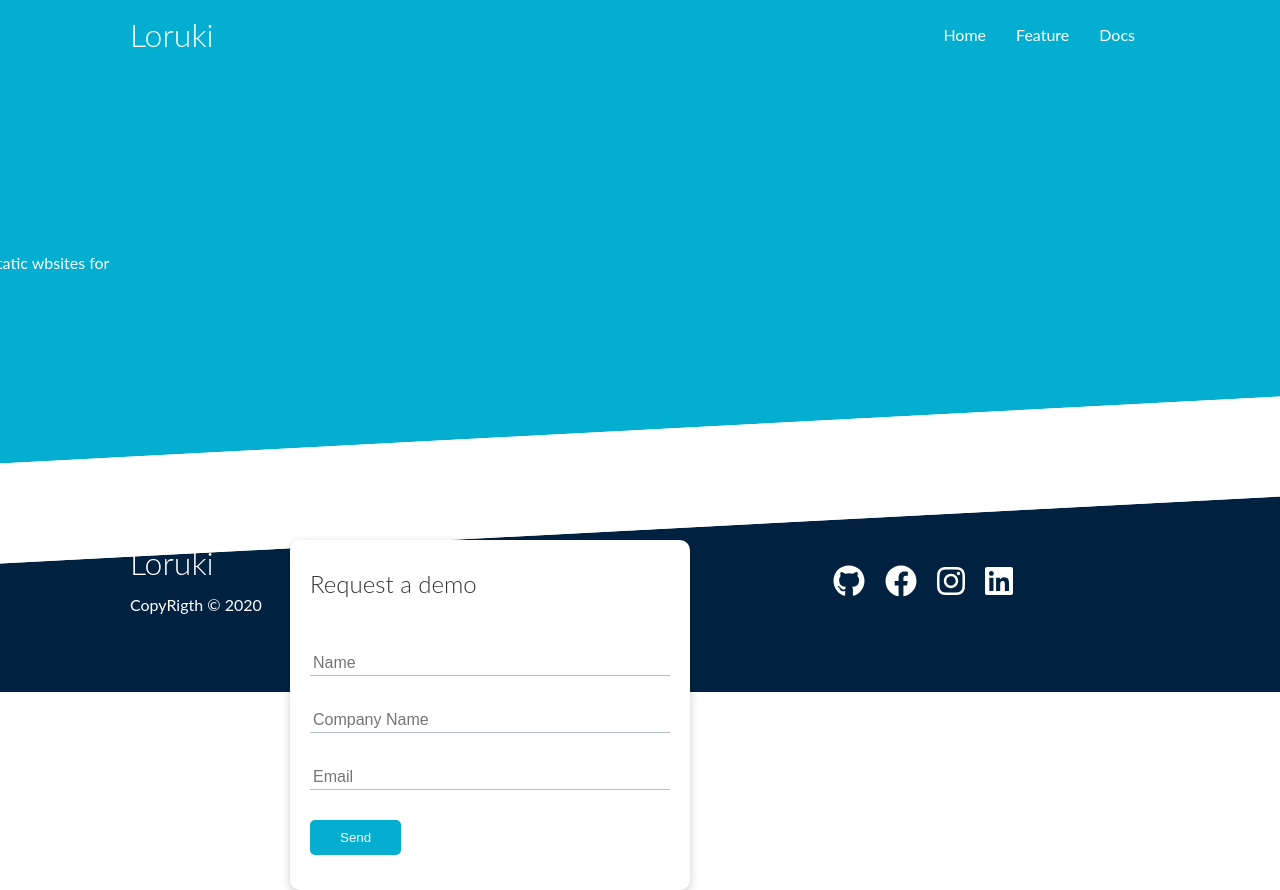
Repository: MosiurRrahman/loruki-app-reactjs
Page: /
These files come from the project's save history. The page is drawn as it stood at one moment and after the next save; the edit follows.
The browser window is 1280 px wide. The pictures show the whole page.
The project was rebuilt for these pictures with package versions that can differ from the ones it lists, and the page was loaded fresh each time. Also part of the build but not shown: src/components/app.jsx.

Above is the page before, as saved 2021-10-05 16:03:37.

### src/index.js
import React from 'react';
import ReactDOM from 'react-dom';
import { BrowserRouter, Route, Switch } from 'react-router-dom';
import Layout from './components/app';
import defaultLayout from './components/layouts/Main';
import './index.css';
// import './utilities';






class Root extends React.Component{
  render(){
    return(
      <BrowserRouter basename = {"/"} >
      <Switch>
        <Route exact path = "/" component={defaultLayout} />
      <Layout></Layout>
      </Switch>
      </BrowserRouter>
    );
  }
}




ReactDOM.render(
  <React.StrictMode>
    <Root />
  </React.StrictMode>,
  document.getElementById('root')
);

### src/components/layouts/Main.jsx
import React, { Component } from "react";
import Footer from "../common/Footer";
import Header from "../common/Header";
import HomePage from "../pages/home/HomePage";

class Main extends Component {
  constructor(props) {
    super(props);
    this.state = {};
  }
  render() {
    return (
      <>
        <Header />
        <HomePage />
        <Footer />
      </>
    );
  }
}

export default Main;

### src/index.css
/* all css imported */

@import url("./assets/css/main");
@import url("./assets/css/utilities");

### src/components/common/Footer.jsx
import {
  faFacebook,
  faGithub,
  faInstagram,
  faLinkedin,
} from "@fortawesome/free-brands-svg-icons";
import { FontAwesomeIcon } from "@fortawesome/react-fontawesome";
import { Component } from "react";

class Footer extends Component {
  render() {
    return (
      <>
        <footer className="footer bg-dark py-5">
          <div className="container grid grid-3">
            <div>
              <h1>Loruki</h1>
              <p>CopyRigth &copy; 2020</p>
            </div>
            <nav>
              <ul>
                <li>
                  <a href="index.html">Home</a>
                </li>
                <li>
                  <a href="feature.html">Features</a>
                </li>
                <li>
                  <a href="docs.html">Docs</a>
                </li>
              </ul>
            </nav>
            <div className="social">
              <a href="#">
                <li className="fa-2x">
                  <FontAwesomeIcon icon={faGithub} />
                </li>
              </a>
              <a href="#">
                <li className="fa-2x">
                  <FontAwesomeIcon icon={faFacebook} />
                </li>
              </a>
              <a href="#">
                <li className="fa-2x">
                  <FontAwesomeIcon icon={faInstagram} />
                </li>
              </a>
              <a href="#">
                <li className=" fa-2x">
                  <FontAwesomeIcon icon={faLinkedin} />
                </li>
              </a>
            </div>
          </div>
        </footer>
      </>
    );
  }
}
export default Footer;

### src/components/common/Header.jsx
import { Component } from "react";

class Header extends Component {
  render() {
    return (
      <>
        <div className="navbar">
          <div className="container flex">
            <h1 className="logo">Loruki</h1>
            <nav>
              <ul>
                <li>
                  <a href="index.html">Home</a>
                </li>
                <li>
                  <a href="feature.html">Feature</a>
                </li>
                <li>
                  <a href="docs.html">Docs</a>
                </li>
              </ul>
            </nav>
          </div>
        </div>
      </>
    );
  }
}
export default Header;

### src/components/pages/home/HomePage.js
import React, { Component } from 'react';
import ShowCase from './ShowCase';

class HomePage extends Component {
    constructor(props){
        super(props);
        this.state = {

        }
    }
    render() {
        return (
            <>
            <ShowCase/>
            </>
        );
    }
}

export default HomePage;

### src/assets/css/main.css
:root {
  --primary-color: #04aed0;
  --secondry-color: #04a1c0;
  --dark-color: #002240;
  --light-color: #f4f4ff;
  --success-color: #5cb85c;
  --error-color: #d9534f;
}

* {
  box-sizing: border-box;
  margin: 0;
  padding: 0;
}

body {
  font-family: "lato", sans-serif;
  color: #333333;
  line-height: 1.6;
}

ul {
  list-style-type: none;
}

a {
  text-decoration: none;
  color: #333333;
}

h1,
h2 {
  font-weight: 300;
  line-height: 1.2;
  margin: 10px 0;
}

p {
  margin: 10px 0;
}

img {
  width: 100%;
}

code,
pre {
  background: #333;
  color: #fff;
  padding: 10px;
}

.hidden {
  visibility: hidden;
  height: 0;
}

/* === navbar style === */

.navbar {
  background-color: var(--primary-color);
  color: #ffffff;
  height: 70px;
}

.navbar .flex {
  justify-content: space-between;
}

.navbar ul {
  display: flex;
}

.navbar ul a {
  padding: 10px;
  margin: 0 5px;
  color: #fff;
  transition: 0.3s;
}

.navbar ul a:hover {
  border-bottom: 2px solid #fff;
}

/* === Showcase style === */

.showcase {
  height: 400px;
  background-color: var(--primary-color);
  color: #fff;
  position: relative;
}

.showcase h1 {
  font-size: 40px;
}

.showcase p {
  margin: 20px 0;
}

.showcase .grid {
  overflow: visible;
  grid-template-columns: 55% 45%;
  gap: 30px;
}

body {
  overflow-x: hidden;
}

.showcase-form {
  position: relative;
  top: 60px;
  height: 350px;
  max-width: 400px;
  padding: 40px;
  z-index: 100;
  animation: slideInFromRight 1s ease-in;
}

.showcase-text {
  animation: slideInFromLeft 1s ease-in;
}

.showcase .form-control {
  margin: 30px 0;
}

.showcase input[type="text"],
.showcase input[type="email"] {
  border: 0;
  border-bottom: 1px solid #b4becb;
  width: 100%;
  padding: 3px;
  font-size: 16px;
}

.showcase-form input:focus {
  outline: none;
}

.showcase::before,
.showcase::after {
  content: "";
  position: absolute;
  height: 100px;
  background: #fff;
  left: 0;
  bottom: -60px;
  right: 0;
  transform: skewY(-3deg);
  --webkit-transform: skewY(-3deg);
  --moz-transform: skewY(-3deg);
  --ms-transform: skewY(-3deg);
}

/* ===stats=== */

.stats {
  padding-top: 100px;
  animation: slideInFromBottom 1s ease-in;
}

.stats-heading {
  max-width: 500px;
  margin: auto;
}

.stats .grid h3 {
  font-size: 35px;
}

.stats .grid p {
  font-size: 20px;
  font-weight: bold;
}

/* cli */

.cli .grid {
  grid-template-columns: repeat(3, 1fr);
  grid-template-rows: repeat(2, 1fr);
}

.cli .grid > *:first-child {
  grid-column: 1 / span 2;
  grid-row: 1 / span 2;
}

/* Cloud */

.cloud .grid {
  grid-template-columns: repeat(4fr, 1fr);
}

/* languages */

.languages .flex {
  flex-wrap: wrap;
}

.languages .card {
  text-align: center;
  margin: 18px 10px 40px;
  transition: 0.3s;
}

.languages .card:hover {
  transform: translateY(-15px);
  color: var(--primary-color);
}

.languages .card h4 {
  font-size: 20px;
  margin-bottom: 10px;
}

/* Feature section */

.freatures-head img,
.docs-head img {
  width: 200px;
  justify-self: center;
}

.freatures-sub-head img {
  width: 300px;
  justify-self: flex-end;
}

/* feature main */

.freatures-main .card > i {
  margin-right: 20px;
}

.freatures-main .grid {
  padding: 30px;
}

.freatures-main .grid > *:first-child {
  grid-column: 1 / span 3;
}

.freatures-main .grid > *:nth-child(2) {
  grid-column: 1 / span 2;
}

.freatures-main .grid > *:nth-child(2) {
  justify-content: start;
}

/* dosc */

.docs-main h3 {
  margin: 20px 0;
}

.docs-main .grid {
  grid-template-columns: 1fr 2fr;
  align-items: flex-start;
}

.docs-main nav li {
  font-size: 20px;
  padding-bottom: 5px;
  margin-bottom: 5px;
  border-bottom: 1px solid #ccc;
}

.docs-main nav a:hover {
  color: var(--primary-color);
  font-weight: bold;
}

/* Footer */
.footer .social {
  display: flex;
}
.footer .social a {
  margin: 0 10px;
}

.footer .social a li {
  list-style-type: none;
  transition: 0.3s;
}

.footer .social a li:hover {
  transform: translateY(-5px);
  color: var(--primary-color);
}

/* Animation */

@keyframes slideInFromLeft {
  0% {
    transform: translateX(-100%);
  }
  100% {
    transform: translateX(0);
  }
}

@keyframes slideInFromRight {
  0% {
    transform: translateX(70%);
  }
  100% {
    transform: translateX(0);
  }
}

@keyframes slideInFromTop {
  0% {
    transform: translateY(-100%);
  }
  100% {
    transform: translateX(0);
  }
}

@keyframes slideInFromBottom {
  0% {
    transform: translateY(100%);
  }
  100% {
    transform: translateX(0);
  }
}

/* ===responsive css ===*/

/* Tablets and under */

@media screen and (max-width: 768px) {
  .grid,
  .showcase .grid,
  .stats .grid,
  .cli .grid,
  .cloud .grid,
  .freature-main .grid,
  .docs-main .grid {
    grid-template-columns: 1fr;
    grid-template-rows: 1fr;
  }
  .showcase {
    height: auto;
  }
  .showcase-text {
    text-align: center;
    margin-top: 40px;
    animation: slideInFromTop 1s ease-in;
  }
  .showcase-form {
    justify-self: center;
    margin: auto;
    animation: slideInFromBottom 1s ease-in;
  }
  .cli .grid > *:first-child {
    grid-column: 1;
    grid-row: 1;
  }
  .freatures-head,
  .freatures-sub-head,
  .docs-head {
    text-align: center;
  }
  .freatures-head img,
  .freatures-sub-head img,
  .docs-head img {
    justify-self: center;
  }
  .freatures-main .grid > *:first-child,
  .freatures-main .grid > *:nth-child(2) {
    grid-column: 1;
  }
  .grid-3 {
    grid-template-columns: 1fr;
    grid-template-rows: 1fr;
  }
}

/* Mobile */

@media (max-width: 500px) {
  .navbar {
    height: 110px;
  }
  .navbar .flex {
    flex-direction: column;
  }
  .navbar ul {
    padding: 10px;
    background: rgba(0, 0, 0, 0.1);
  }
}

/* ===responsive css end ===*/

/* === utlities === */

.container {
  max-width: 1100px;
  margin: 0 auto;
  overflow: auto;
  padding: 0 40px;
}

.card {
  background-color: #fff;
  color: #333;
  border-radius: 10px;
  box-shadow: 0 3px 10px rgba(0, 0, 0, 0.2);
  padding: 20px;
  margin: 10px;
}

.card p {
  padding-left: 20px;
}

.btn {
  display: inline-block;
  padding: 10px 30px;
  cursor: pointer;
  background: var(--primary-color);
  color: #fff;
  border: none;
  border-radius: 5px;
  transition: 0.3s;
}

.btn-outline {
  background-color: transparent;
  border: 1px solid #ffffff;
}

.btn:hover {
  transform: translate(5px);
}

/* background and colored buttons */

.btn-primary,
.bg-primary {
  background-color: var(--primary-color);
  color: #ffffff;
}

.btn-secondry,
.bg-secondry {
  background-color: var(--secondry-color);
  color: #ffffff;
}

.btn-dark,
.bg-dark {
  background-color: var(--dark-color);
  color: #ffffff;
}

.btn-light,
.bg-light {
  background-color: var(--light-color);
  color: #333;
}

.btn-primary a,
.bg-primary a,
.btn-secondry a,
.bg-secondry a,
.btn-dark a,
.bg-dark a {
  color: #fff;
}

/* text sizes */

.lead {
  font-size: 20px;
}

.sm {
  font-size: 1rem;
}

.md {
  font-size: 2rem;
}

.lg {
  font-size: 3rem;
}

.xl {
  font-size: 4rem;
}

.text-center {
  text-align: center;
}

.flex {
  display: flex;
  justify-items: center;
  align-items: center;
  height: 100%;
}

.grid {
  display: grid;
  grid-template-columns: repeat(2, 1fr);
  gap: 20px;
  justify-content: center;
  align-items: center;
  height: 100%;
}

.grid-3 {
  grid-template-columns: repeat(3, 1fr);
}

/* alart */

.alert {
  background-color: var(--light-color);
  padding: 10px 20px;
  font-weight: bold;
  margin: 15px 0;
}

.alert i {
  margin-right: 10px;
}

.alert-success {
  background-color: var(--success-color);
  color: #fff;
}

.alert-error {
  background-color: var(--errer-color);
  color: #fff;
}

/* Margin */

.my-1 {
  margin: 1rem 0;
}

.my-2 {
  margin: 1.5rem 0;
}

.my-3 {
  margin: 2rem;
}

.my-4 {
  margin: 3rem 0;
}

.my-5 {
  margin: 4rem 0;
}

.m-1 {
  margin: 1rem;
}

.m-2 {
  margin: 1.5rem;
}

.m-3 {
  margin: 2rem;
}

.m-4 {
  margin: 3rem;
}

.m-5 {
  margin: 4rem;
}

/* padding */

.py-1 {
  padding: 1rem 0;
}

.py-2 {
  padding: 1.5rem 0;
}

.py-3 {
  padding: 2rem;
}

.py-4 {
  padding: 3rem 0;
}

.py-5 {
  padding: 4rem 0;
}

.p-1 {
  padding: 1rem;
}

.p-2 {
  padding: 1.5rem;
}

.p-3 {
  padding: 2rem;
}

.p-4 {
  padding: 3rem;
}

.p-5 {
  padding: 4rem;
}

### src/assets/css/utilities.css
/* === utlities === */

.container {
  max-width: 1100px;
  margin: 0 auto;
  overflow: auto;
  padding: 0 40px;
}

.card {
  background-color: #fff;
  color: #333;
  border-radius: 10px;
  box-shadow: 0 3px 10px rgba(0, 0, 0, 0.2);
  padding: 20px;
  margin: 10px;
}

.card p {
  padding-left: 20px;
}

.btn {
  display: inline-block;
  padding: 10px 30px;
  cursor: pointer;
  background: var(--primary-color);
  color: #fff;
  border: none;
  border-radius: 5px;
  transition: 0.3s;
}

.btn-outline {
  background-color: transparent;
  border: 1px solid #ffffff;
}

.btn:hover {
  transform: translate(5px);
}

/* background and colored buttons */

.btn-primary,
.bg-primary {
  background-color: var(--primary-color);
  color: #ffffff;
}

.btn-secondry,
.bg-secondry {
  background-color: var(--secondry-color);
  color: #ffffff;
}

.btn-dark,
.bg-dark {
  background-color: var(--dark-color);
  color: #ffffff;
}

.btn-light,
.bg-light {
  background-color: var(--light-color);
  color: #333;
}

.btn-primary a,
.bg-primary a,
.btn-secondry a,
.bg-secondry a,
.btn-dark a,
.bg-dark a {
  color: #fff;
}

/* text sizes */

.lead {
  font-size: 20px;
}

.sm {
  font-size: 1rem;
}

.md {
  font-size: 2rem;
}

.lg {
  font-size: 3rem;
}

.xl {
  font-size: 4rem;
}

.text-center {
  text-align: center;
}

.flex {
  display: flex;
  justify-items: center;
  align-items: center;
  height: 100%;
}

.grid {
  display: grid;
  grid-template-columns: repeat(2, 1fr);
  gap: 20px;
  justify-content: center;
  align-items: center;
  height: 100%;
}

.grid-3 {
  grid-template-columns: repeat(3, 1fr);
}

/* alart */

.alert {
  background-color: var(--light-color);
  padding: 10px 20px;
  font-weight: bold;
  margin: 15px 0;
}

.alert i {
  margin-right: 10px;
}

.alert-success {
  background-color: var(--success-color);
  color: #fff;
}

.alert-error {
  background-color: var(--errer-color);
  color: #fff;
}

/* Margin */

.my-1 {
  margin: 1rem 0;
}

.my-2 {
  margin: 1.5rem 0;
}

.my-3 {
  margin: 2rem;
}

.my-4 {
  margin: 3rem 0;
}

.my-5 {
  margin: 4rem 0;
}

.m-1 {
  margin: 1rem;
}

.m-2 {
  margin: 1.5rem;
}

.m-3 {
  margin: 2rem;
}

.m-4 {
  margin: 3rem;
}

.m-5 {
  margin: 4rem;
}

/* padding */

.py-1 {
  padding: 1rem 0;
}

.py-2 {
  padding: 1.5rem 0;
}

.py-3 {
  padding: 2rem;
}

.py-4 {
  padding: 3rem 0;
}

.py-5 {
  padding: 4rem 0;
}

.p-1 {
  padding: 1rem;
}

.p-2 {
  padding: 1.5rem;
}

.p-3 {
  padding: 2rem;
}

.p-4 {
  padding: 3rem;
}

.p-5 {
  padding: 4rem;
}

### src/components/pages/home/ShowCase.js
import React, { Component } from "react";
import ShowcaseForm from "./ShowcaseForm";

class ShowCase extends Component {
  render() {
    return (
      <>
        <section className="showcase">
          <div className="container grid">
            <div className="showcase-text">
              <h1>Easier Deployment</h1>
              <p>
                Deploy web apps of all kinds, from large scale enterise APIs to
                static wbsites for individuals.Flill out the form to try a demo
                of our platform
              </p>
              <a href="feature.html" class="btn btn-outline">
                Read More
              </a>
            </div>
          </div>
          <ShowcaseForm/>
        </section>
      </>
    );
  }
}

export default ShowCase;

### src/components/pages/home/ShowcaseForm.js
import React, { Component } from 'react';

class ShowcaseForm extends Component {
    render() {
        return (
            <>
                <div className="showcase-form card">
                <h2>Request a demo</h2>
                <form name="contact" method="POST" data-netlify="true" netlify-honeypot="bot-field">
                    <input type="hidden" name="form-name" value="contact"/>
                    <p className="hidden">
                        <label>Don’t fill this out if you're human: <input name="bot-field" /></label>
                    </p>
                    <div className="form-control">
                        <input type="text" name="name" id="" placeholder="Name" required />
                    </div>
                    <div className="form-control">
                        <input type="text" name="Company name" id="" placeholder="Company Name" required />
                    </div>
                    <div className="form-control">
                        <input type="email" name="email" id="" placeholder="Email" required />
                    </div>
                    <input type="submit" value="Send" className="btn btn-primary" />
                </form>
            </div>
            </>
        );
    }
}

export default ShowcaseForm;

Loaded but not shown: public/index.html (common file)

After the next save:
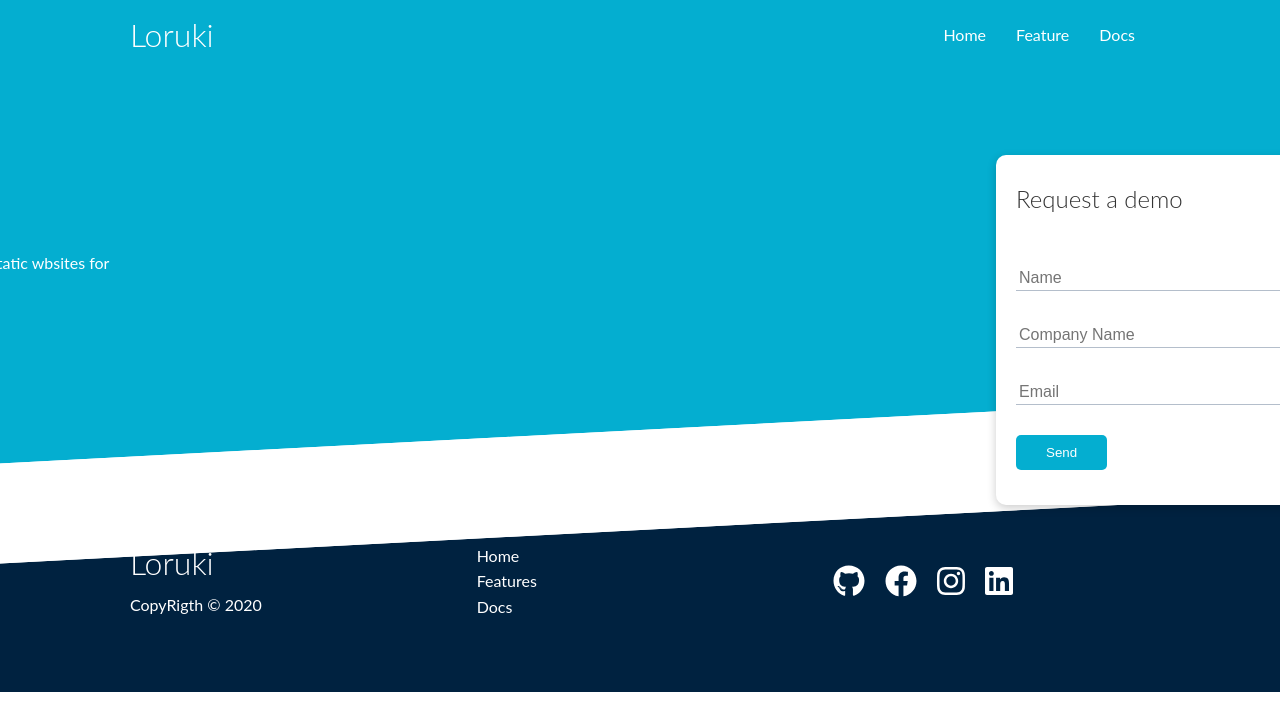
Saved 3 min 41 s later.
--- a/src/components/pages/home/ShowCase.js
+++ b/src/components/pages/home/ShowCase.js
@@ -18,8 +18,9 @@ class ShowCase extends Component {
                 Read More
               </a>
             </div>
+
+          <ShowcaseForm/>
           </div>
-          <ShowcaseForm/>
         </section>
       </>
     );
